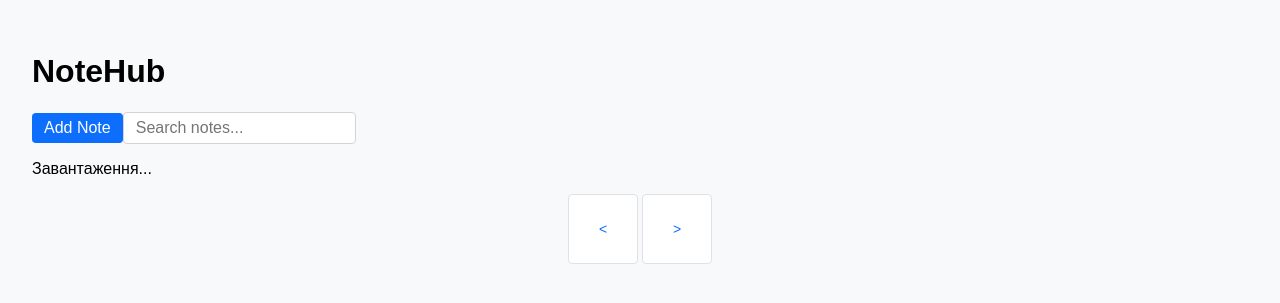
Repository: SvitSh/05-notehub
Page: /
The author's editor kept a copy of each file at every save. The page is drawn from the files as they stood at one save, then again after the next save.
The browser window is 1280 px wide. The pictures show the whole page.
The page's requests for data from a server got no answer. The project was rebuilt for these pictures with package versions that can differ from the ones it lists, and the page was loaded fresh each time. No one was signed in, and anything a server would have sent is missing. Also part of the build but not shown: vite.config.ts, src/components/Modal/Modal.module.css, src/components/Modal/Modal.tsx, src/components/NoteForm/NoteForm.module.css, src/components/NoteForm/NoteForm.tsx, src/components/NoteList/NoteList.module.css.

Above is the page before, as saved 2025-07-27 11:25:59.

After the next save:
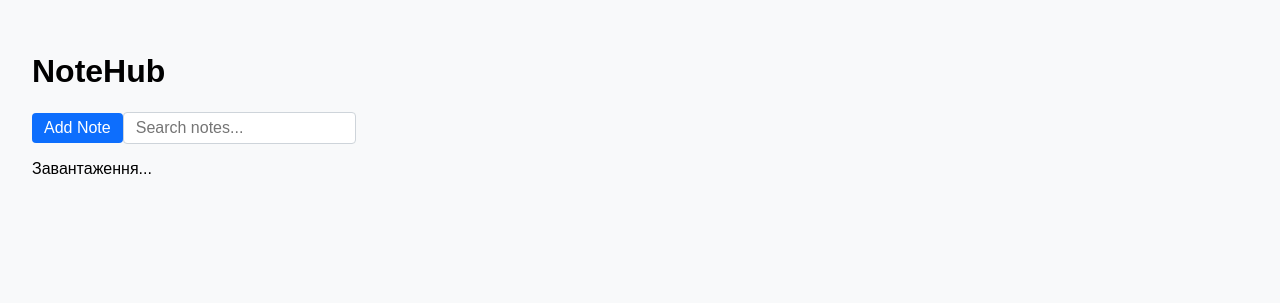
Saved 2 min 8 s later.
--- a/src/components/Pagination/Pagination.tsx
+++ b/src/components/Pagination/Pagination.tsx
@@ -1,34 +1,33 @@
-// src/components/Pagination/Pagination.tsx
-import ReactPaginate from "react-paginate";
-import css from "./Pagination.module.css";
+import React from "react";
+import styles from "./Pagination.module.css";
 
-export interface PaginationProps {
+interface PaginationProps {
   currentPage: number;
+  onPageChange: (page: number) => void;
   pageCount: number;
-  onPageChange: (page: number) => void;
 }
 
 const Pagination = ({
   currentPage,
+  onPageChange,
   pageCount,
-  onPageChange,
 }: PaginationProps) => {
-  if (pageCount <= 1) return null;
+  const pages = Array.from({ length: pageCount }, (_, i) => i + 1);
 
   return (
-    <ReactPaginate
-      className={css.pagination}
-      pageClassName={css.page}
-      activeClassName={css.active}
-      breakLabel="..."
-      nextLabel=">"
-      previousLabel="<"
-      onPageChange={(e) => onPageChange(e.selected + 1)}
-      forcePage={currentPage - 1}
-      pageRangeDisplayed={3}
-      marginPagesDisplayed={1}
-      pageCount={pageCount}
-    />
+    <div className={styles.pagination}>
+      {pages.map((page) => (
+        <button
+          key={page}
+          className={`${styles.pageButton} ${
+            page === currentPage ? styles.active : ""
+          }`}
+          onClick={() => onPageChange(page)}
+        >
+          {page}
+        </button>
+      ))}
+    </div>
   );
 };
 
